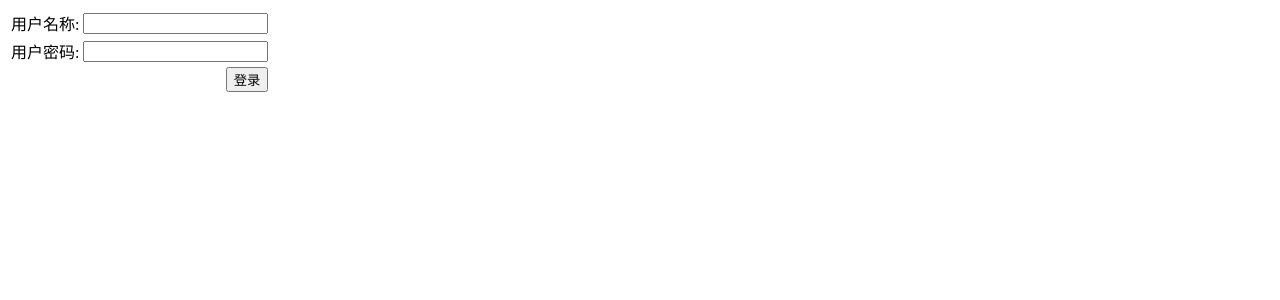
Repository: goulinagchen/kuangjiaCode
Page: http://localhost/Struts1/login.jsp
The author's editor kept a copy of each file at every save. The page is drawn from the files as they stood at one save, then again after the next save.
The browser window is 1280 px wide. The pictures show the whole page.
The page is served by Tomcat 9. Other server files are loaded and not shown.

Above is the page before, as saved 2017-10-16 02:27:46.

### kuangjiaCode/Struts1/WebContent/login.jsp
<%@ page language="java" contentType="text/html; charset=UTF-8"
    pageEncoding="UTF-8"%>
   <%@taglib prefix="s" uri="/struts-tags"%>
   <!-- struts2标签库，自动排版，自动回显 -->
<!DOCTYPE html PUBLIC "-//W3C//DTD HTML 4.01 Transitional//EN" "http://www.w3.org/TR/html4/loose.dtd">
<html>
<head>
<meta http-equiv="Content-Type" content="text/html; charset=UTF-8">
<title>Insert title here</title>
</head>
<body>
	<s:form action="" method="" theme="xhtml">
		<s:textfield name="username" label="用户名称"></s:textfield>
		<s:password name="password" label="用户密码"></s:password>
		<s:submit value="登录"></s:submit>
	</s:form>
</body>
</html>

After the next save:
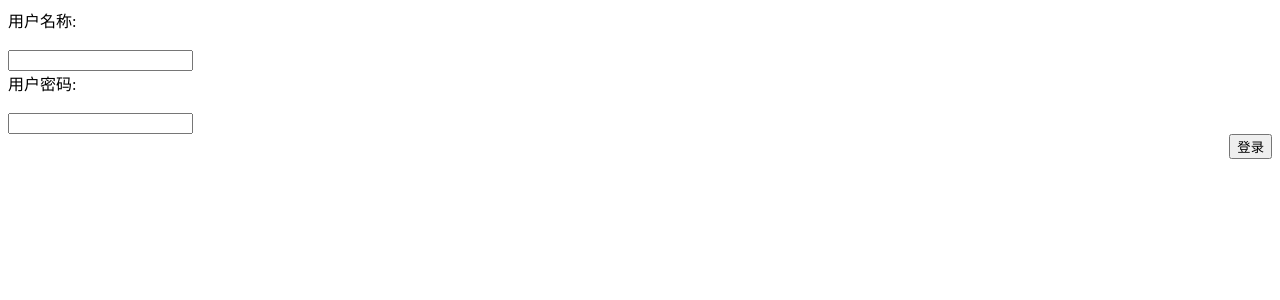
Saved 48 s later.
--- a/kuangjiaCode/Struts1/WebContent/login.jsp
+++ b/kuangjiaCode/Struts1/WebContent/login.jsp
@@ -9,7 +9,8 @@
 <title>Insert title here</title>
 </head>
 <body>
-	<s:form action="" method="" theme="xhtml">
+	<!-- theme="xhtml"默认   -->
+	<s:form action="" method="" theme="css_xhtml">
 		<s:textfield name="username" label="用户名称"></s:textfield>
 		<s:password name="password" label="用户密码"></s:password>
 		<s:submit value="登录"></s:submit>
